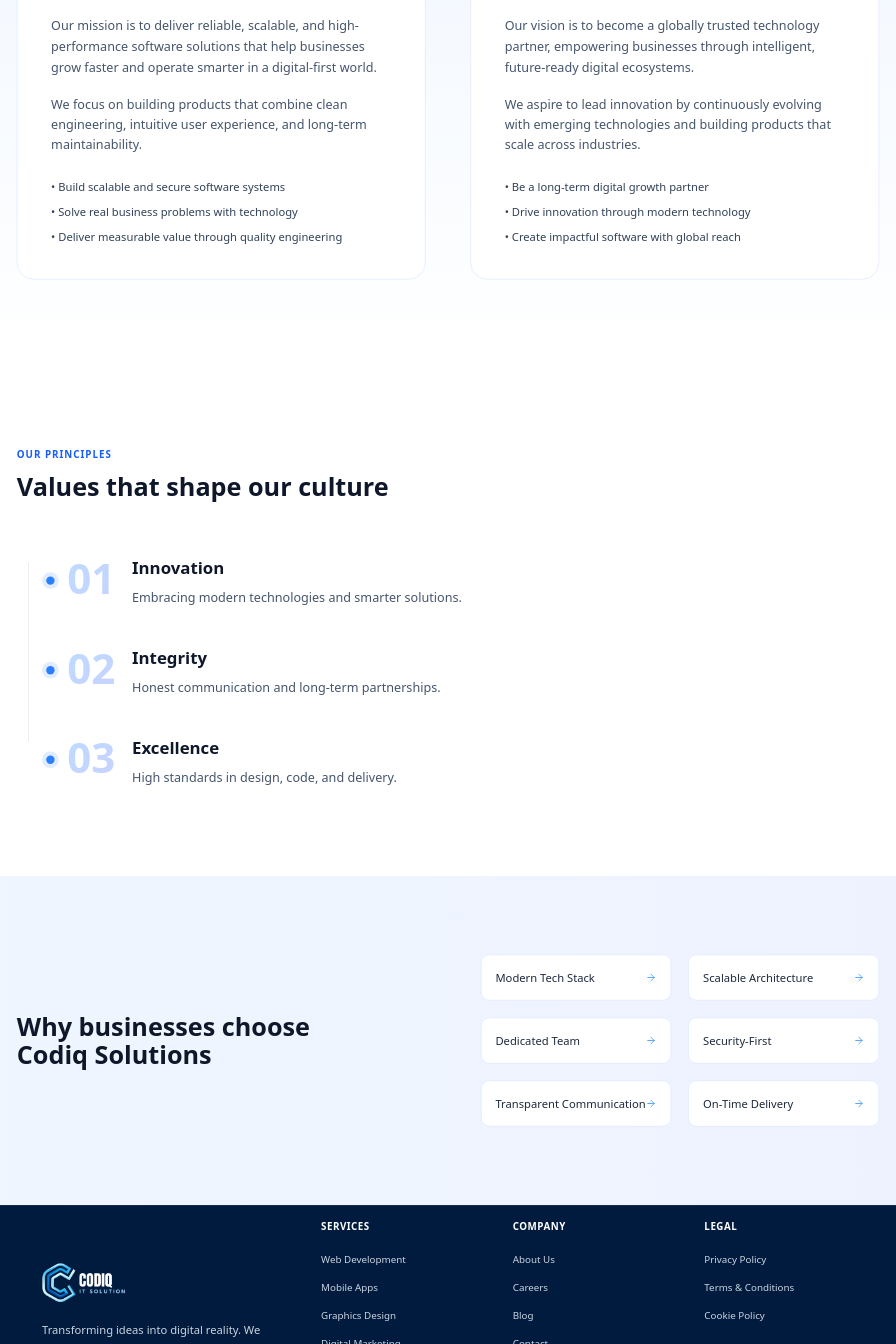
Repository: codiqsolutions/Codiq_Web
Page: /about (app in codiq-main/frontend/)
These files come from the project's save history. The page is drawn as it stood at one moment and after the next save; the edit follows.
The browser window is 1280 px wide. The pictures show the part of the page from y = 1229 to 3149 px (the page is 3402 px tall), at 70% of full size.
The project was rebuilt for these pictures with package versions that can differ from the ones it lists, and the page was loaded fresh each time. The framework's server and built-in components were replaced by stand-ins that run in the browser. Also part of the build but not shown: codiq-main/frontend/next.config.ts.

Above is the page before, as saved 2026-01-08 15:03:00.

After the next save:
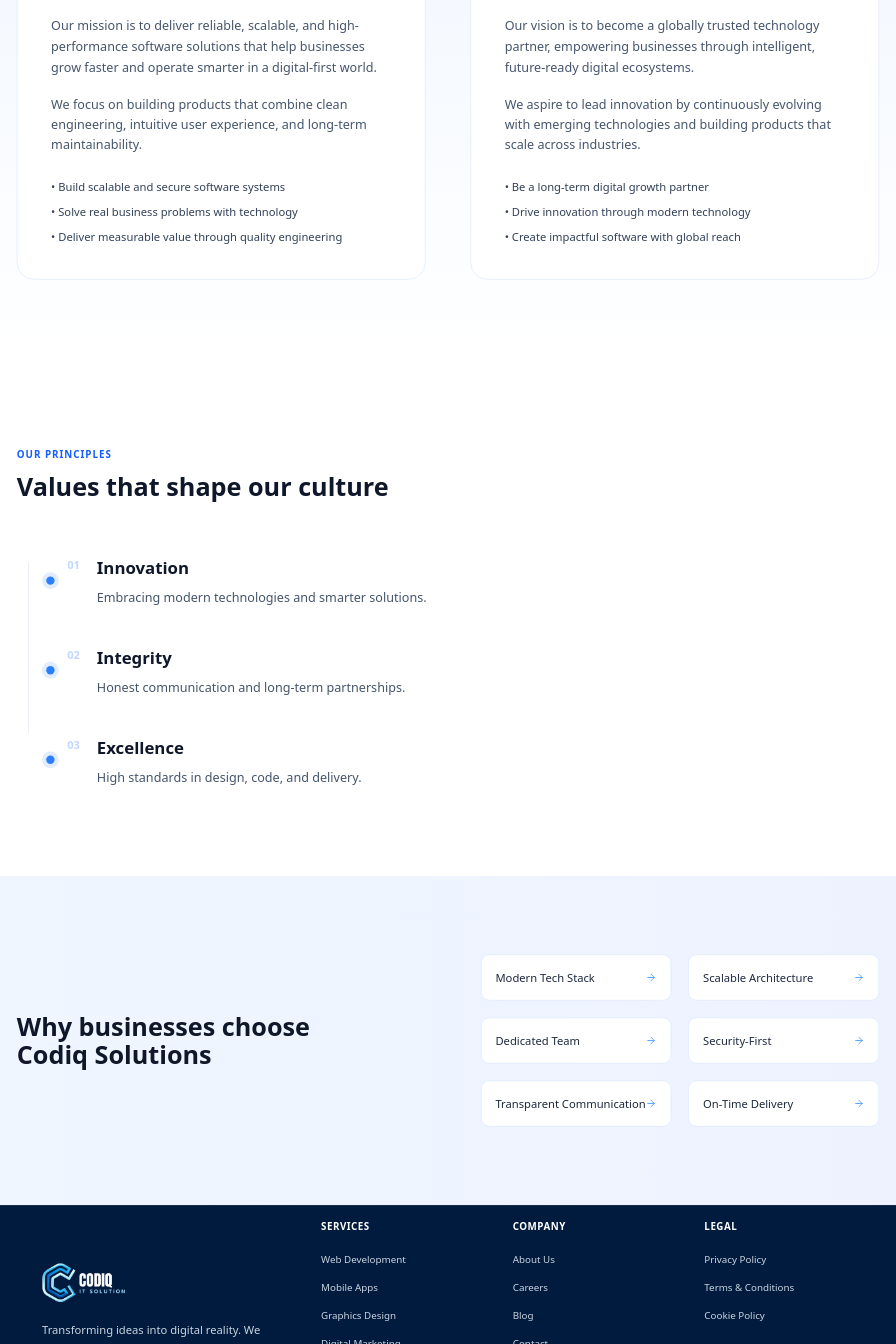
Saved 66 s later.
--- a/codiq-main/frontend/app/about/page.tsx
+++ b/codiq-main/frontend/app/about/page.tsx
@@ -167,7 +167,7 @@ export default function AboutPage() {
 
                     <div className="relative space-y-14 pl-12">
                         {/* Timeline line */}
-                        <div className="absolute left-4 top-2 bottom-2 w-px bg-slate-200" />
+                        <div className="absolute left-4 top-2 bottom-5 w-px bg-slate-200" />
 
                         {[
                             {
@@ -194,7 +194,7 @@ export default function AboutPage() {
                                 {/* Timeline dot */}
                                 <div className="absolute -left-[6px] top-7 h-3 w-3 rounded-full bg-blue-500 shadow-[0_0_0_6px_rgba(59,130,246,0.15)]" />
 
-                                <div className="text-6xl font-extrabold bg-gradient-to-br from-blue-200 to-indigo-200 bg-clip-text text-transparent">
+                                <div className="text-6  xl font-extrabold bg-gradient-to-br from-blue-200 to-indigo-200 bg-clip-text text-transparent">
                                     {String(i + 1).padStart(2, "0")}
                                 </div>
 
